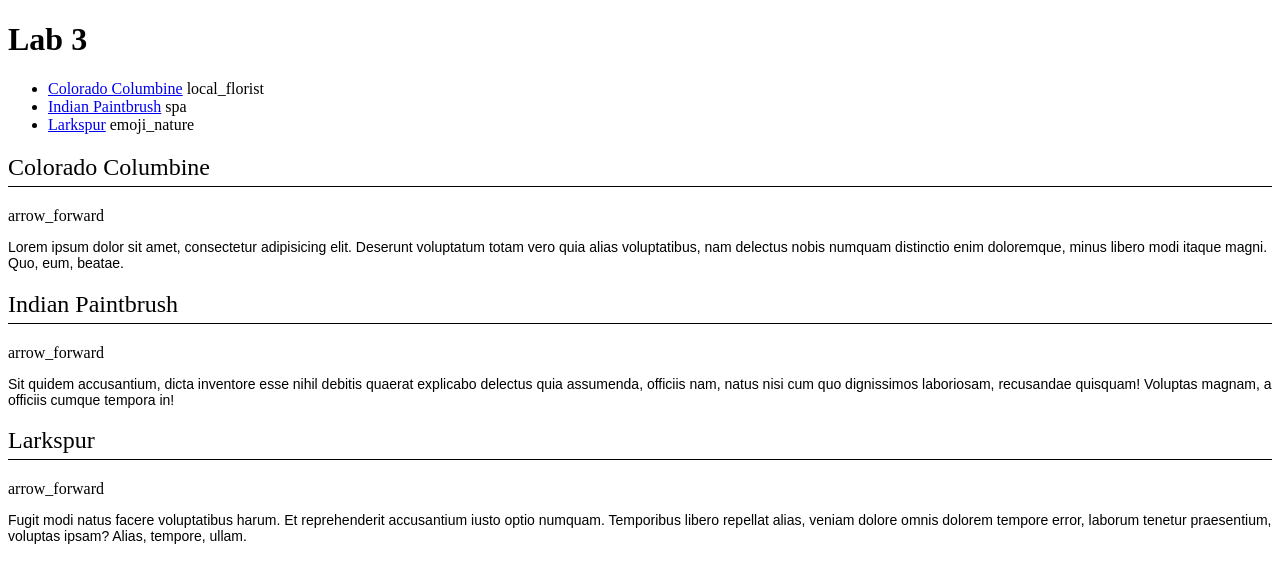
Repository: ethan-schrauf/UniversalDesignWebsite
Page: lab3.html
An editor plug-in stored every save of this project. The page is shown before and after the next save, followed by the edit.
The browser window is 1280 px wide. The pictures show the whole page.

Above is the page before, as saved 2023-10-13 18:48:59.

After the next save:
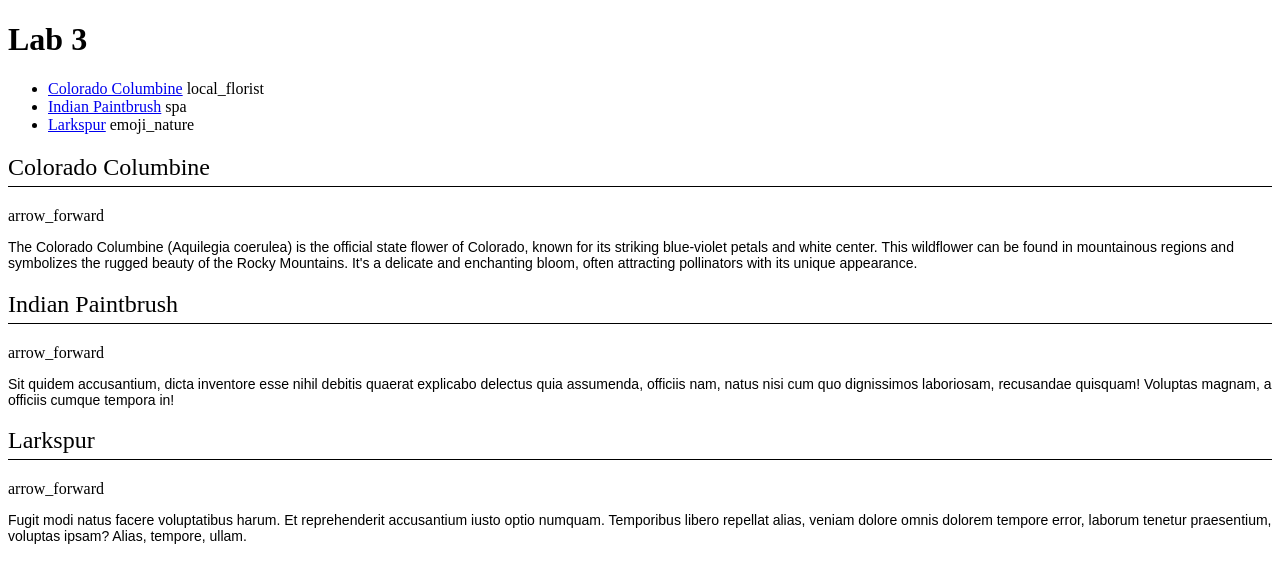
Saved 56 s later.
--- a/lab3.html
+++ b/lab3.html
@@ -22,7 +22,7 @@
             <section id="Colorado Columbine">
               <h2>Colorado Columbine</h2>
               <span aria-hidden=”true” class="material-icons">arrow_forward</span>
-              <p>Lorem ipsum dolor sit amet, consectetur adipisicing elit. Deserunt voluptatum totam vero quia alias voluptatibus, nam delectus nobis numquam distinctio enim doloremque, minus libero modi itaque magni. Quo, eum, beatae.</p>
+              <p>The Colorado Columbine (Aquilegia coerulea) is the official state flower of Colorado, known for its striking blue-violet petals and white center. This wildflower can be found in mountainous regions and symbolizes the rugged beauty of the Rocky Mountains. It's a delicate and enchanting bloom, often attracting pollinators with its unique appearance.</p>
             </section>
             <section id="Indian Paintbrush">
               <h2>Indian Paintbrush</h2>
